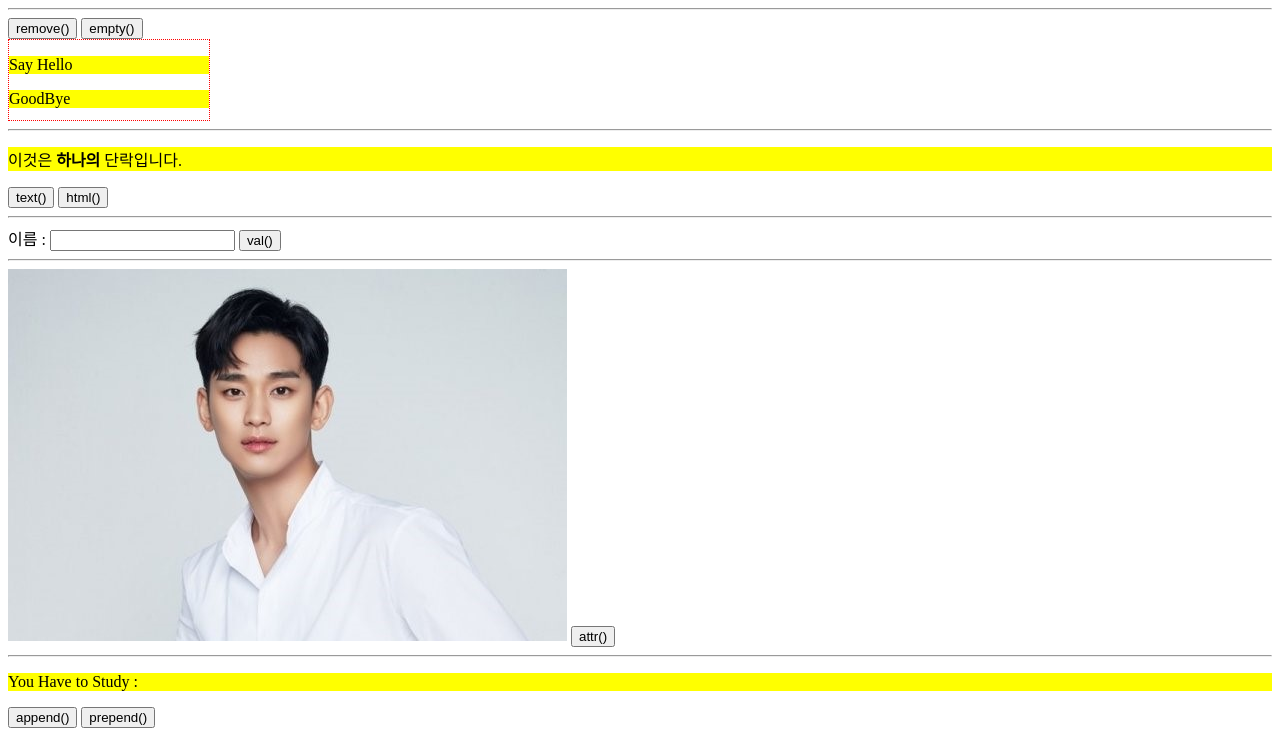
Repository: gpqls12321/public
Page: javascript_jquery/WebContent/jQuery_ex03.html
The author's editor kept a copy of each file at every save. The page is drawn from the files as they stood at one save, then again after the next save.
The browser window is 1280 px wide. The pictures show the whole page.

Above is the page before, as saved 2021-04-15 05:40:45.

### javascript_jquery/WebContent/jQuery_ex03.html
<!DOCTYPE html>
<html>
<head>
<meta charset="UTF-8">
<title>Insert title here</title>
<style type="text/css">
	p {
		background-color: yellow;
	}

	.container {
		height: 80px;
		width: 200px;
		border: 1px dotted red;
	}
</style>
<script type="text/javascript" src="js/jQuery3.x/jquery-3.6.0.js"></script>
<script type="text/javascript">
	$(document).ready(function() {

		$("#text").click(function() {
			alert($("#target").text());
		});

		$("#html").click(function() {
			alert($("#target").html());
		});

		$("#val").click(function() {
			alert($("#irum").val());
			console.log($("#irum").val());
		});

		/* $("#attr").click(function() {
			alert($("#kim").attr("src"));
		}); */

		$("#attr").click(function() {
			$("#kim").attr("src='images/이동욱.jpg'");
		});

		$("#button1").click(function() {
			$("#append").append("<b style='color:red'>Yes Sir! </b>");
		});

		$("#button2").click(function() {
			$("#append").prepend("<b style='color: #d3d8ff'>Yes Sir! </b>");
		});

		$("#remove").click(function() {
			$(".container").remove();
		});

		$("#empty").click(function() {
			$(".container").empty();
		});
	});
</script>
</head>
<body>
	<hr>
	<button id="remove">remove()</button>
	<button id="empty">empty()</button>
	<br>
	<div class="container">
		<p class="hello">Say Hello</p>
		<p class="goodbye">GoodBye</p>
	</div>
	<hr>
	<p id="target">이것은 <strong>하나의</strong> 단락입니다.</p>
	<button id="text">text()</button>
	<button id="html">html()</button>
	<hr>
	이름 : <input type="text" id="irum">
	<button id="val">val()</button>
	<hr>
	<img id="kim" alt="김수현" src="images/김수현01.jpg" width="559px;" height="372px;">
	<button id="attr">attr()</button>
	<hr>
	<p id="append">You Have to Study : </p>
	<button id="button1">append()</button>
	<button id="button2">prepend()</button>

</body>
</html>

Loaded but not shown: javascript_jquery/WebContent/js/jQuery3.x/jquery-3.6.0.js (library)

After the next save:
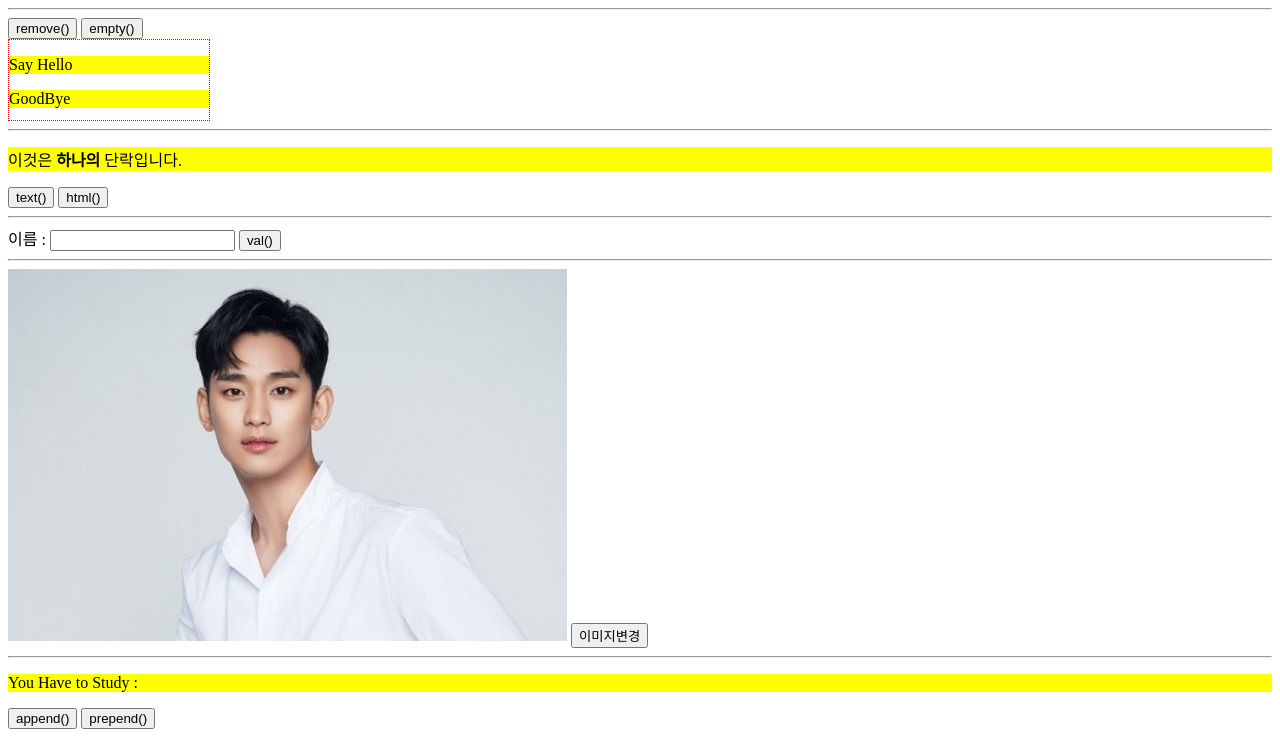
Saved 42 s later.
--- a/javascript_jquery/WebContent/jQuery_ex03.html
+++ b/javascript_jquery/WebContent/jQuery_ex03.html
@@ -75,7 +75,7 @@
 	<button id="val">val()</button>
 	<hr>
 	<img id="kim" alt="김수현" src="images/김수현01.jpg" width="559px;" height="372px;">
-	<button id="attr">attr()</button>
+	<button id="attr">이미지변경</button>
 	<hr>
 	<p id="append">You Have to Study : </p>
 	<button id="button1">append()</button>
